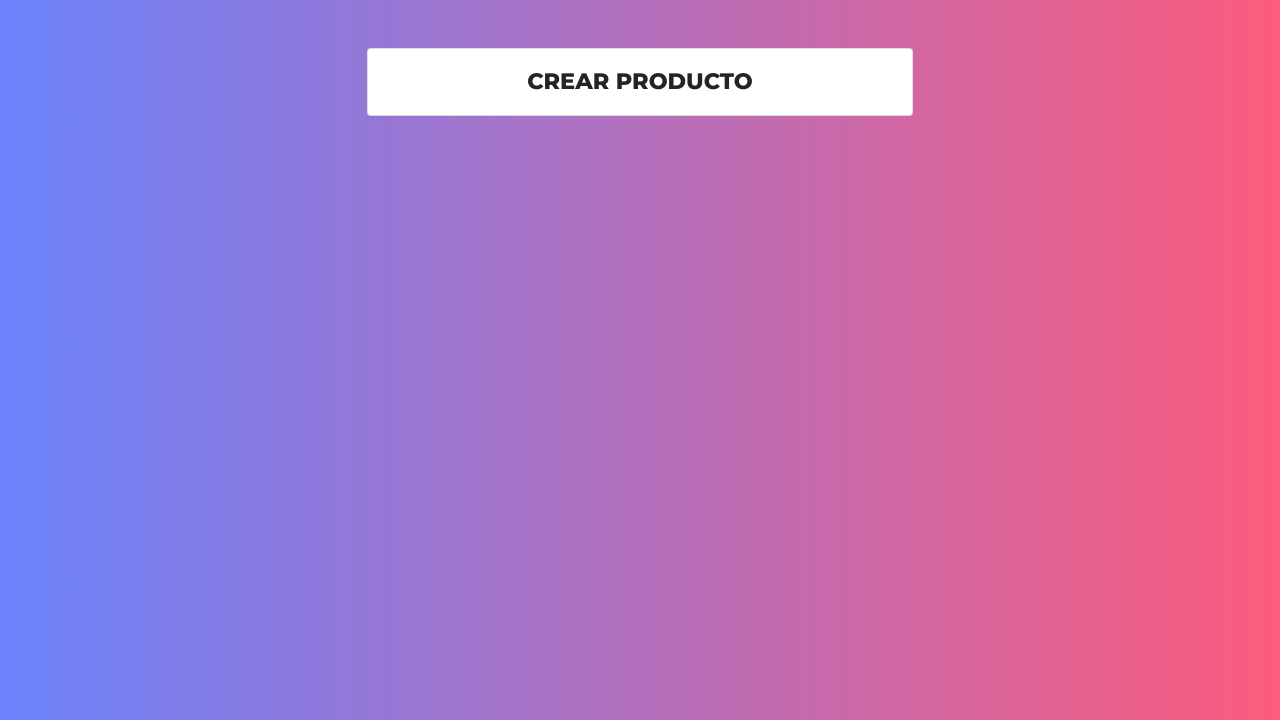
Repository: vivianaleivagalvez/crud_angular
Page: /crear-producto
An editor plug-in stored every save of this project. The page is shown before and after the next save, followed by the edit.
The browser window is 1280 px wide. The pictures show the whole page.
The project was rebuilt for these pictures with package versions that can differ from the ones it lists, and the page was loaded fresh each time. Also part of the build but not shown: angular.json, src/app/components/listar-productos/listar-productos.component.ts.

Above is the page before, as saved 2022-01-27 09:52:03.

### src/index.html
<!doctype html>
<html lang="en">
<head>
  <meta charset="utf-8">
  <title>Cliente</title>
  <base href="/">

  <meta name="viewport" content="width=device-width, initial-scale=1">
  <link rel="icon" type="image/x-icon" href="favicon.ico">
  <link rel="stylesheet" href="https://cdnjs.cloudflare.com/ajax/libs/font-awesome/6.0.0-beta3/css/all.min.css">
  <link rel="preconnect" href="https://fonts.googleapis.com">
<link rel="preconnect" href="https://fonts.gstatic.com" crossorigin>
<link href="https://fonts.googleapis.com/css2?family=Montserrat:wght@800&display=swap" rel="stylesheet">
</head>
<body>
  <app-root></app-root>
</body>
</html>

### src/styles.css
/* You can add global styles to this file, and also import other style files */
body{
  background: #FC5C7D;  /* fallback for old browsers */
  background: -webkit-linear-gradient(to right, #6A82FB, #FC5C7D);  /* Chrome 10-25, Safari 5.1-6 */
  background: linear-gradient(to right, #6A82FB, #FC5C7D); /* W3C, IE 10+/ Edge, Firefox 16+, Chrome 26+, Opera 12+, Safari 7+ */
}

.titulo{
  font-size: 1.4rem;
  font-family: 'Montserrat', sans-serif;
}

### src/app/app.module.ts
import { BrowserModule } from '@angular/platform-browser';
import { NgModule } from '@angular/core';

import { AppComponent } from './app.component';
import { CrearProductoComponent } from './components/crear-producto/crear-producto.component';
import { ListarProductosComponent } from './components/listar-productos/listar-productos.component';
import { AppRoutingModule } from './app-routing.module';

@NgModule({
  declarations: [
    AppComponent,
    CrearProductoComponent,
    ListarProductosComponent
  ],
  imports: [
    BrowserModule,
    AppRoutingModule
  ],
  providers: [],
  bootstrap: [AppComponent]
})
export class AppModule { }

### src/app/components/crear-producto/crear-producto.component.ts
import { Component, OnInit } from '@angular/core';

@Component({
  selector: 'app-crear-producto',
  templateUrl: './crear-producto.component.html',
  styleUrls: ['./crear-producto.component.css']
})
export class CrearProductoComponent implements OnInit {

  constructor() { }

  ngOnInit() {
  }

}

### src/app/app-routing.module.ts
import { ListarProductosComponent } from './components/listar-productos/listar-productos.component';
import { CrearProductoComponent } from './components/crear-producto/crear-producto.component';
import { NgModule } from '@angular/core';
import { RouterModule, Routes } from '@angular/router';

const routes: Routes = [
  { path: '', component: ListarProductosComponent },
  { path: 'crear-producto', component: CrearProductoComponent },
  { path: 'editar-producto/:id', component: CrearProductoComponent },
  { path: '**', redirectTo: '', pathMatch: 'full' }
];

@NgModule({
  imports: [RouterModule.forRoot(routes)],
  exports: [RouterModule]
})
export class AppRoutingModule { }

### src/app/components/crear-producto/crear-producto.component.html
<div class="container mt-5">
  <div class="row">
    <div class="col-lg-6 offset-lg-3">
      <div class="card">
        <div class="card-body text-center">
          <span class="titulo">CREAR PRODUCTO</span>
        </div>
      </div>
    </div>
  </div>
</div>

Loaded but not shown: src/main.ts (common file); src/environments/environment.ts (common file); src/app/app.component.ts (common file); src/app/app.component.html (common file); src/app/app.component.css (no stored copy; drawn as an empty file); src/app/components/crear-producto/crear-producto.component.css (no stored copy; drawn as an empty file)

After the next save:
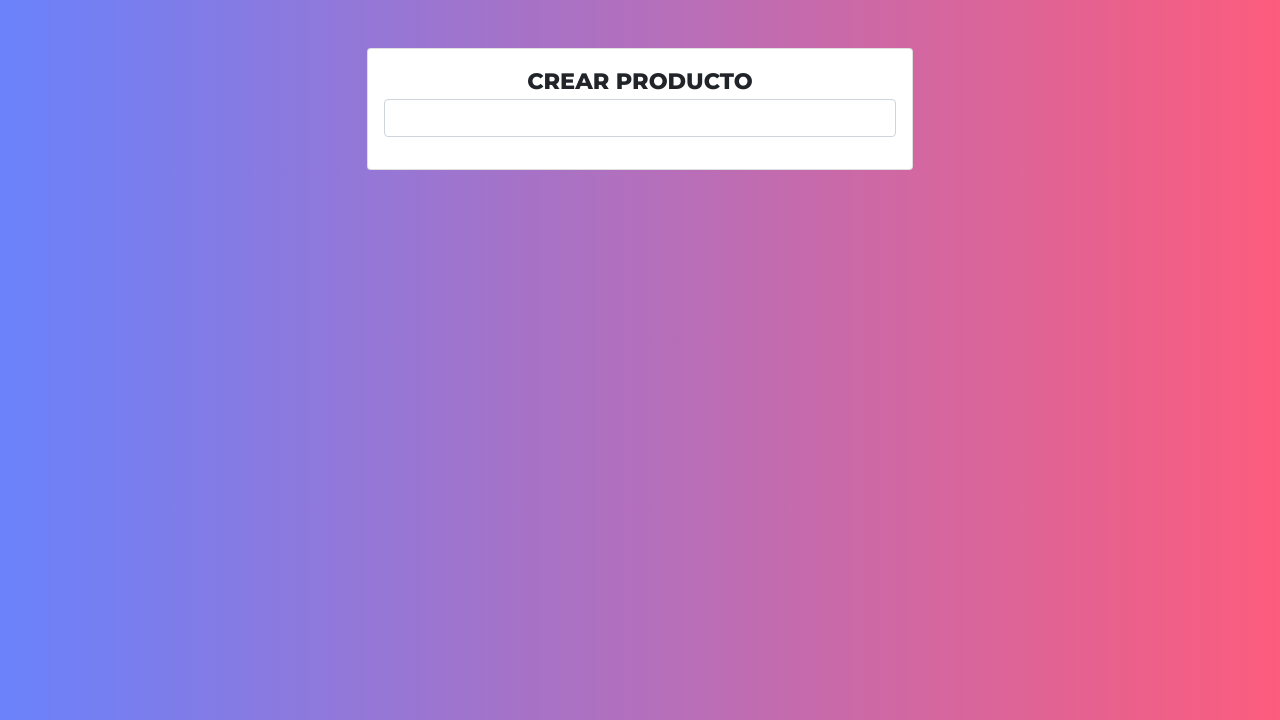
Saved 5 min 51 s later.
--- a/src/app/components/crear-producto/crear-producto.component.html
+++ b/src/app/components/crear-producto/crear-producto.component.html
@@ -4,6 +4,10 @@
       <div class="card">
         <div class="card-body text-center">
           <span class="titulo">CREAR PRODUCTO</span>
+          <form></form>
+            <div class="mb-3">
+              <input type="email" class="form-control">
+            </div>
         </div>
       </div>
     </div>
